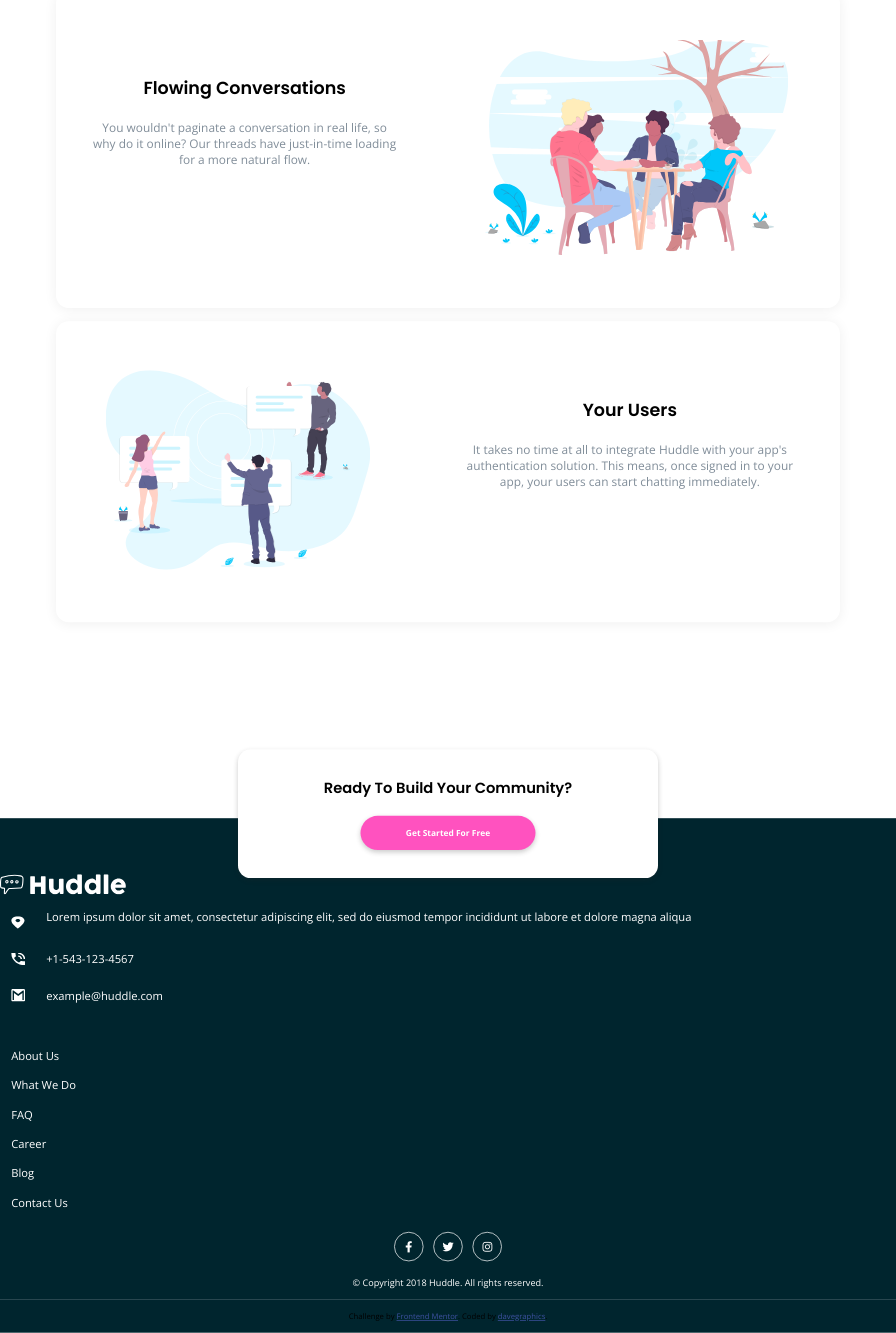
Repository: DejV44/Huddle-landing-page
Page: index.html
These files come from the project's save history. The page is drawn as it stood at one moment and after the next save; the edit follows.
The browser window is 1280 px wide. The pictures show the part of the page from y = 1167 to 3087 px (the page is 3071 px tall before and 3087 px after), at 70% of full size.
The style sheet was rebuilt from its Sass, Less or Tailwind sources for each picture, by a compiler version that may differ from the author's.

Above is the page before, as saved 2021-08-22 14:20:08.

After the next save:
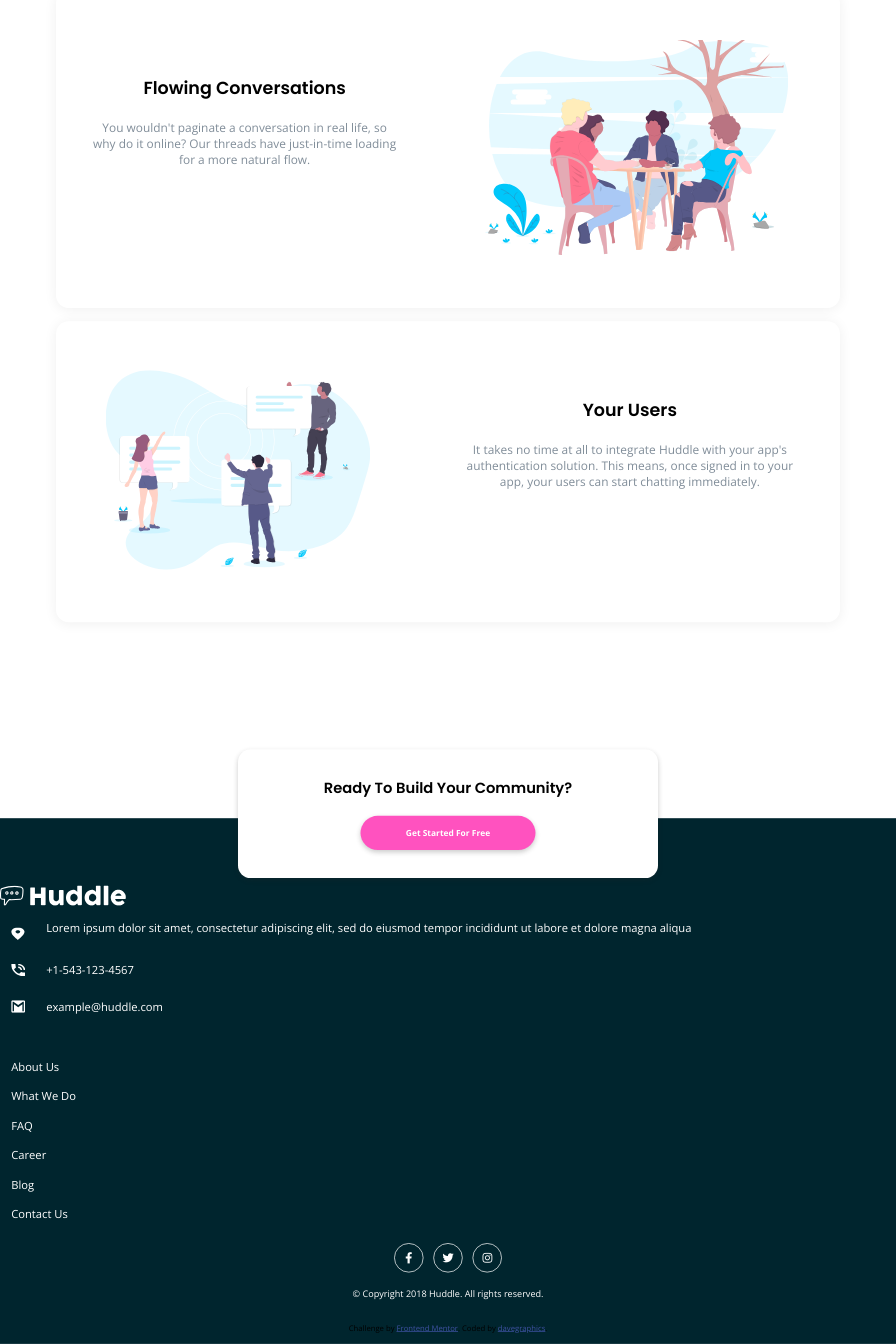
Saved 15 s later.
--- a/css/_footer.scss
+++ b/css/_footer.scss
@@ -3,7 +3,7 @@ footer {
 
     img {
              width: 180px;
-             margin-top: 5rem;
+             margin-top: 6rem;
 
          }
     .section1 {
